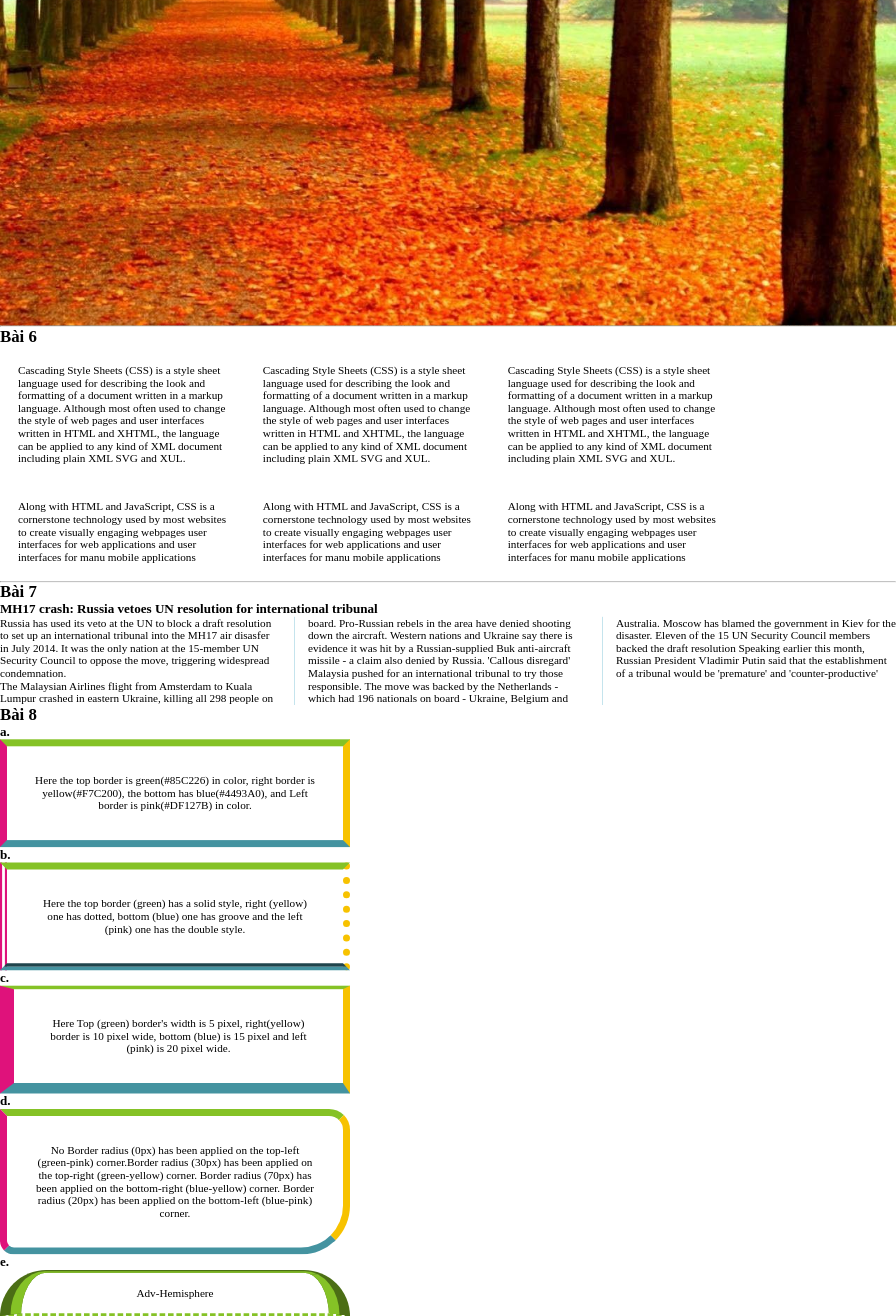
Repository: hoangnguyen1903/STT_21084321_NguyenHuyHoang_DHKHMT17B
Page: html/index.html
An editor plug-in stored every save of this project. The page is shown before and after the next save, followed by the edit.
The browser window is 1280 px wide. The pictures show the part of the page from y = 1493 to 3413 px (the page is 3373 px tall before and 3413 px after), at 70% of full size.

Above is the page before, as saved 2023-03-03 14:53:55.

After the next save:
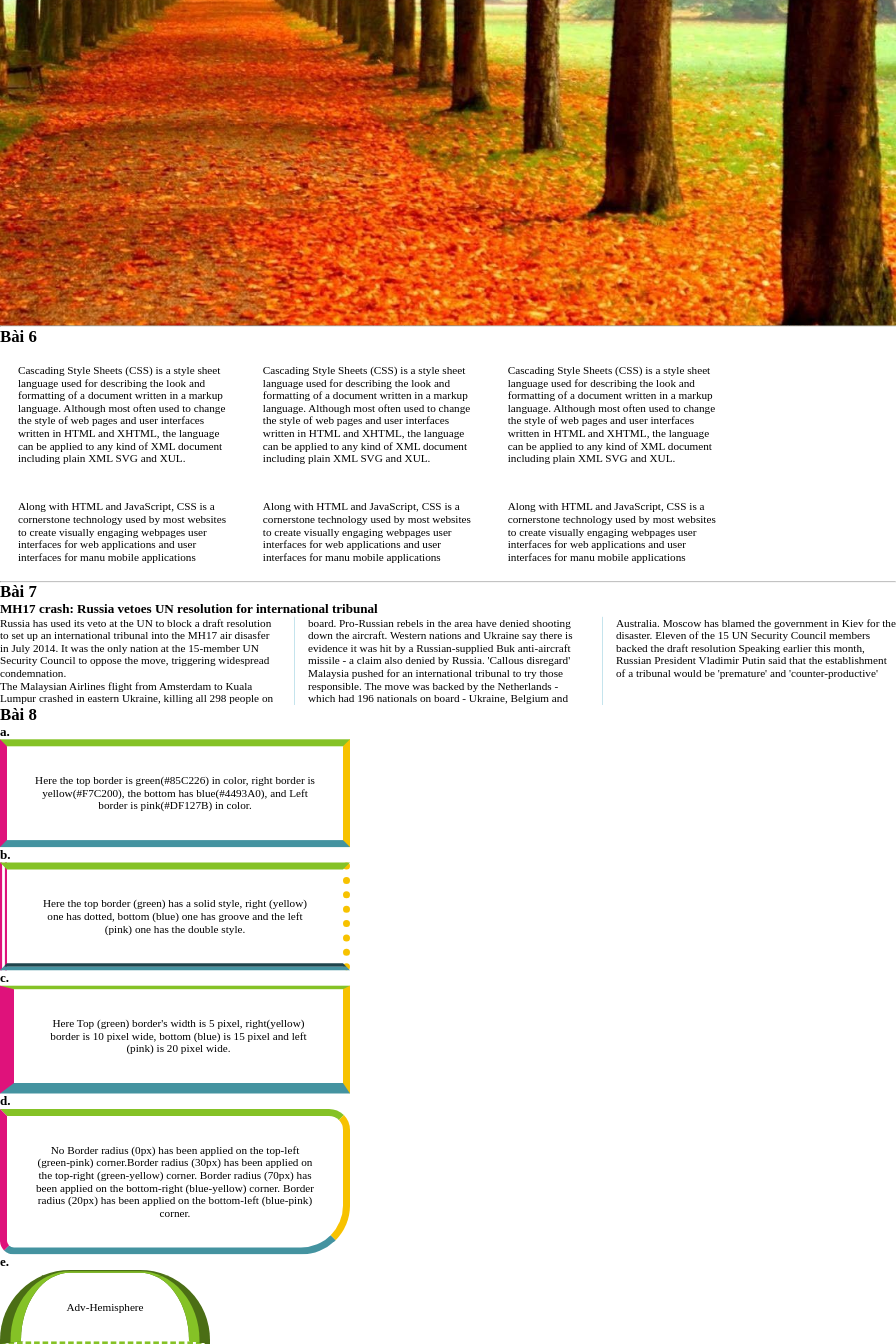
Saved 8 s later.
--- a/html/index.html
+++ b/html/index.html
@@ -132,8 +132,8 @@
       }
 
       #bai8 > .bai8e {
-        width: 500px;
-        padding: 20px;
+        width: 300px;
+        padding: 40px;
         text-align: center;
         border-width: 4px 30px 4px 30px;
         border-style: groove ridge dashed groove;
